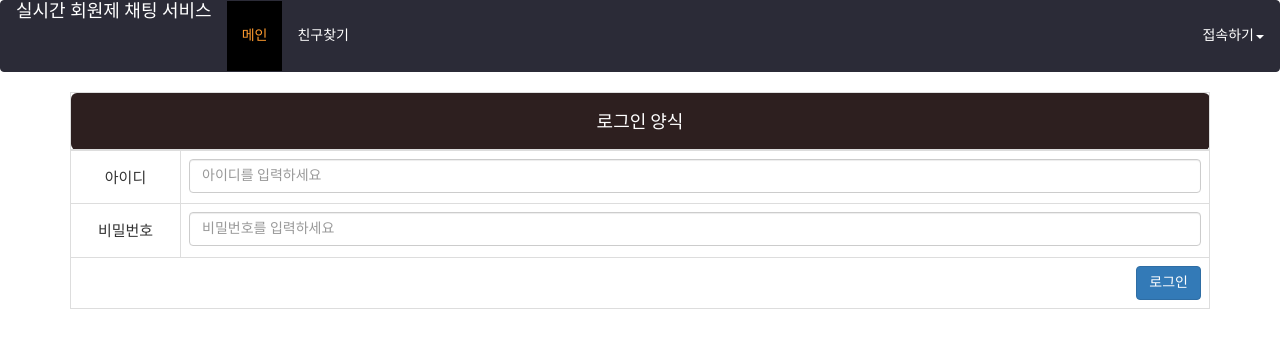
Repository: kkoseunghyun/javaAjaxChat
Page: http://localhost/UserChat/login.jsp
An editor plug-in stored every save of this project. The page is shown before and after the next save, followed by the edit.
The browser window is 1280 px wide. The pictures show the whole page.
Some web fonts or font styles are not loaded; a fallback is used. Some web libraries are served in a nearby version. The page is served by Tomcat 9.

Above is the page before, as saved 2019-05-31 01:54:18.

After the next save:
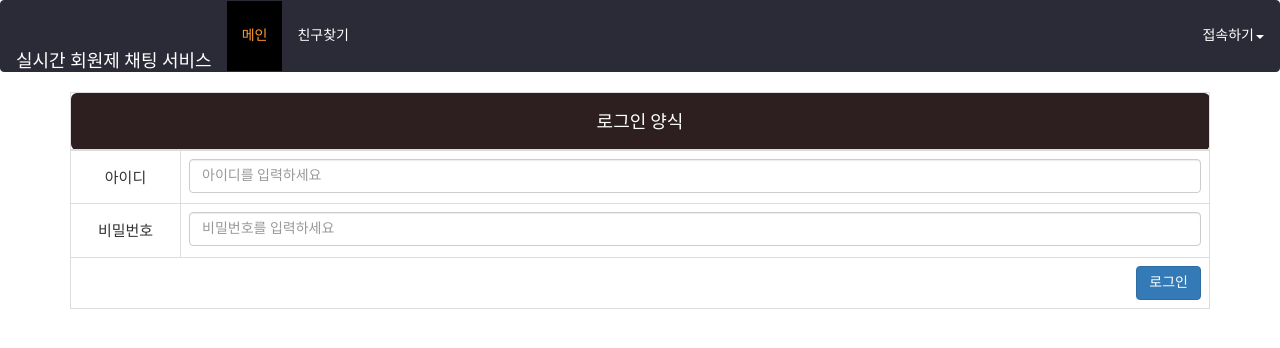
Saved 9 s later.
--- a/JspAjax/UserChat/WebContent/css/custom2.css
+++ b/JspAjax/UserChat/WebContent/css/custom2.css
@@ -22,7 +22,7 @@ a:hover{
 }
 .navbar-default .navbar-brand{ /* 내비게이션 제목 생상 */
     color: #ffffff;
-    padding-top: 0px;
+    padding-top: 50px;
     font-family: 'yg-jalnan';
 }
 .navbar-default .navbar-brand:hover,
